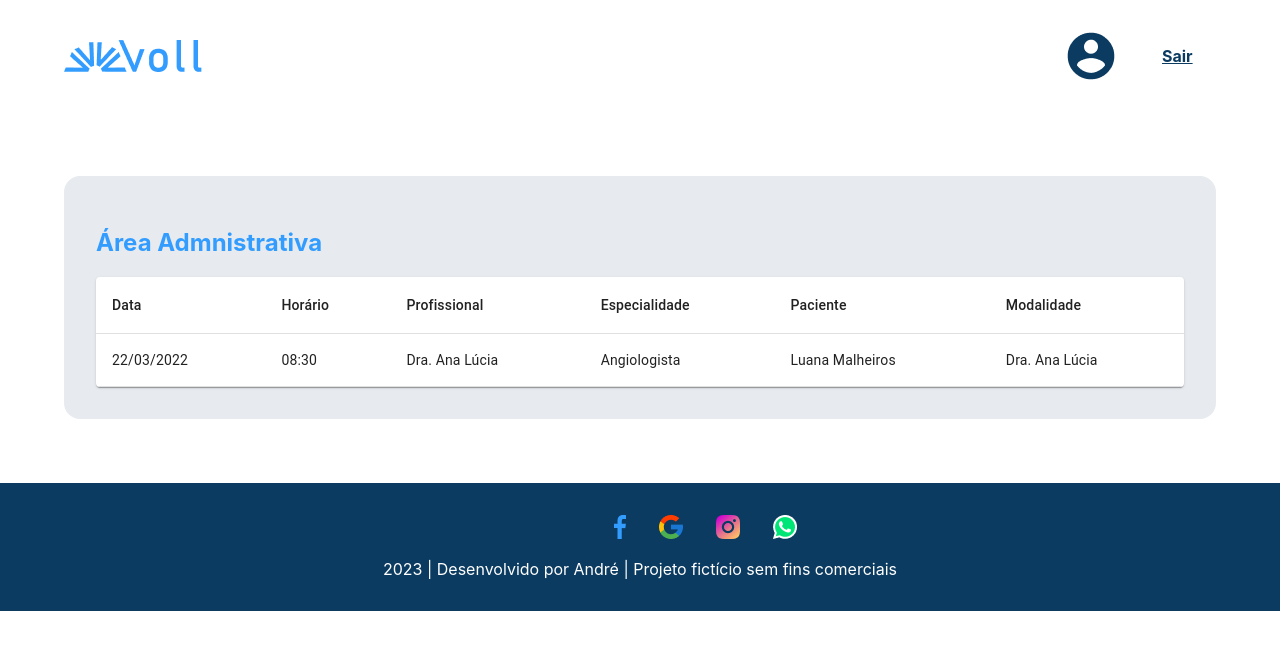
Repository: andrevff/voll-main
Page: /
These files come from the project's save history. The page is drawn as it stood at one moment and after the next save; the edit follows.
The browser window is 1280 px wide. The pictures show the whole page.
The project was rebuilt for these pictures with package versions that can differ from the ones it lists, and the page was loaded fresh each time. Also part of the build but not shown: src/App.css.

Above is the page before, as saved 2023-07-31 21:34:34.

### src/App.tsx
import './App.css';
import Cabecalho from './components/cabecalho';
import Container from './components/container';
import Rodape from './components/rodape';
import Tabela from './components/tabela';
import Titulo from './components/titulo';

function App() {
  return (
    <>
      <Cabecalho />
      <Container>
        <Titulo>Área Admnistrativa</Titulo>
        <Tabela />
      </Container>
      <Rodape />
    </>
  );
}

export default App;

### src/components/cabecalho/index.tsx
/* eslint-disable jsx-a11y/anchor-is-valid */
import styled from 'styled-components'
import logo from './assets/logo.png'
import perfil from './assets/perfil.png'

const CabecalhoEstilizado = styled.header`
    display: flex;
    align-items: center;
    justify-content: space-between;
    padding: 2em 4em;
`

const Container = styled.div`
    display: flex;
    align-items: center;
    justify-content: space-around;
    flex-grow: .1;
`

const LinkEstilizado = styled.a`
    color: var(--azul-escuro);
    font-weight: 700;
`

export default function Cabecalho(){
    return(
        <CabecalhoEstilizado>
            <img src={logo} alt="Logo da empresa Voll" />
            <Container>
                <img src={perfil} alt="Imagem de perfil do usuário" />
                <LinkEstilizado href="#">Sair</LinkEstilizado>
            </Container>
        </CabecalhoEstilizado>
    )

}

### src/components/container/index.tsx
import styled from "styled-components";

const Container = styled.section`
    background-color: var(--cinza-claro);
    margin: 4em;
    border-radius: 16px;
    padding: 2em;
    height: 100%;
`

export default Container

### src/components/rodape/index.tsx
/* eslint-disable jsx-a11y/anchor-has-content */
/* eslint-disable jsx-a11y/anchor-is-valid */
import styled from 'styled-components'
import facebook from './assets/facebook.png'
import google from './assets/google.png'
import instagram from './assets/instagram.png'
import whatsapp from './assets/whatsapp.png'

const RodapeEstilizado = styled.footer`
    height: 100%;
    color: white;
    padding: 1em;
    background-color: var(--azul-escuro);
    text-align: center;
`

const ListaEstilizada = styled.ul`
    display: flex;
    justify-content: space-around;
    width: 10%;
    margin: 1em auto;
`

const ItemEstilizado = styled.li`
    list-style-type: none;
    padding: 0 1em;
`

export default function Rodape(){
    return(
        <RodapeEstilizado>
            <ListaEstilizada>
                <ItemEstilizado>
                    <a href="#">
                        <img src={facebook} alt="Logo do Facebook" />
                    </a>
                </ItemEstilizado>
                <ItemEstilizado>
                    <a href="#">
                        <img src={google} alt="Logo do Google" />
                    </a>
                </ItemEstilizado>
                <ItemEstilizado>
                    <a href="#">
                        <img src={instagram} alt="Logo do Instagram" />
                    </a>
                </ItemEstilizado>
                <ItemEstilizado>
                    <a href="#">
                        <img src={whatsapp} alt="Logo do WhatsApp" />
                    </a>
                </ItemEstilizado>
            </ListaEstilizada>
            <p>2023 | Desenvolvido por André | Projeto fictício sem fins comerciais</p>
        </RodapeEstilizado>
    )
}

### src/components/tabela/index.tsx
import { Paper } from "@mui/material";
import TableContainer from "@mui/material/TableContainer/TableContainer";
import Table from "@mui/material/Table/Table";
import TableHead from "@mui/material/TableHead/TableHead";
import TableRow from "@mui/material/TableRow/TableRow";
import TableCell from "@mui/material/TableCell/TableCell";
import TableBody from "@mui/material/TableBody/TableBody";

export default function Tabela() {
    return(
        <>
            <TableContainer component = {Paper}>
                <Table sx={{minWidth: 700}} aria-label="tabela-customizada">
                    <TableHead>
                        <TableRow>
                            <TableCell>Data</TableCell>
                            <TableCell>Horário</TableCell>
                            <TableCell>Profissional</TableCell>
                            <TableCell>Especialidade</TableCell>
                            <TableCell>Paciente</TableCell>
                            <TableCell>Modalidade</TableCell>
                        </TableRow>
                    </TableHead>
                    <TableBody>
                        <TableRow>
                            <TableCell component="th" scope="row">22/03/2022</TableCell>
                            <TableCell>08:30</TableCell>
                            <TableCell>Dra. Ana Lúcia</TableCell>
                            <TableCell>Angiologista</TableCell>
                            <TableCell>Luana Malheiros</TableCell>
                            <TableCell>Dra. Ana Lúcia</TableCell>
                        </TableRow>
                    </TableBody>
                </Table>
            </TableContainer>
        </>
    )
}

### src/components/titulo/index.tsx
/* eslint-disable jsx-a11y/heading-has-content */
import avaliacao from './assets/avaliacao.png'
import grafico from './assets/grafico.png'
import consulta from './assets/consulta.png'
import React from 'react'
import styled from 'styled-components'

interface Props{
    imagem?: string,
    children?: React.ReactNode
}

interface IImagens{
    avaliacao: string,
    grafico: string,
    consulta: string
}

const SpanEstilizado = styled.span<Props>`
    background: no-repeat;
    background-position: center;
    background-size: cover;
    width: 25px;
    height: 25px;
    background-image: ${props => props.imagem ? `url(${props.imagem})` : 'none'};
`

const TituloEstilizado = styled.h2`
    color: var(--azul-claro);
`

const ContainerEstilizado = styled.div`
    display: flex;
    align-items: center;
`

export default function Titulo({ imagem, children }: Props){

    const listaDeImagens: IImagens = {
        avaliacao: avaliacao,
        grafico: grafico,
        consulta: consulta
    }

    return(
        <ContainerEstilizado>
            {imagem && <SpanEstilizado imagem={listaDeImagens[imagem as keyof IImagens]} />}
            <TituloEstilizado>{children}</TituloEstilizado>
        </ContainerEstilizado>
    )
}

Loaded but not shown: public/index.html (common file); src/index.tsx (common file); src/index.css (common file)

After the next save:
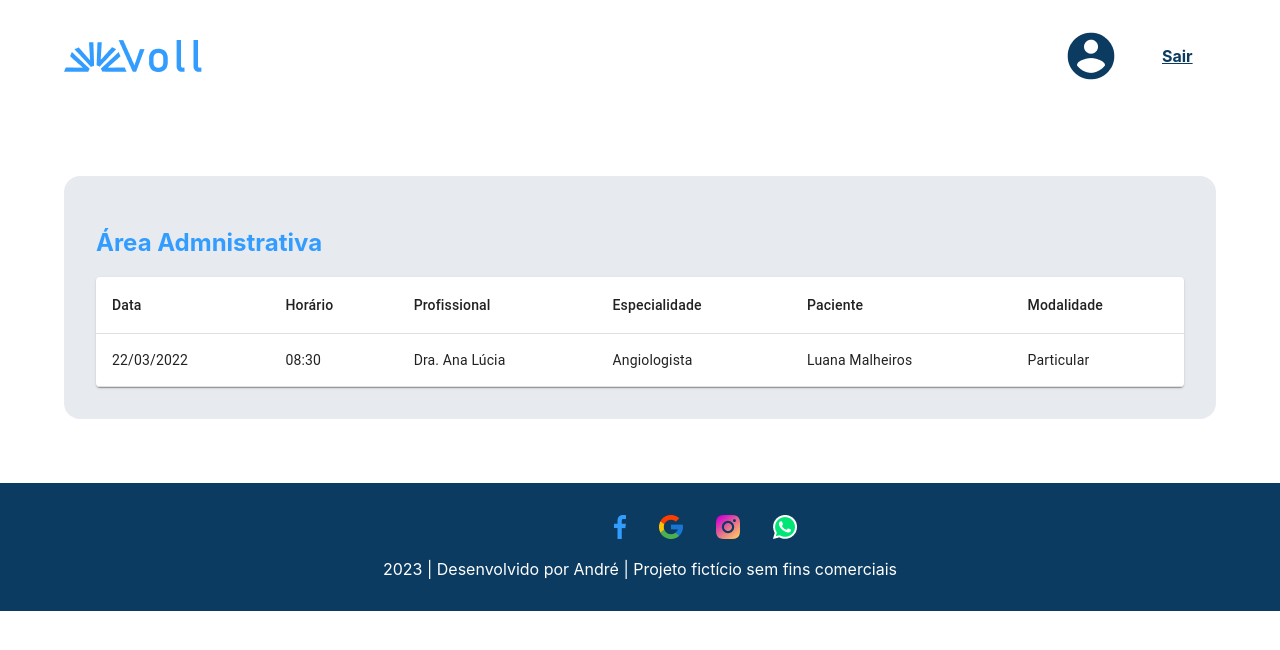
Saved 9 s later.
--- a/src/components/tabela/index.tsx
+++ b/src/components/tabela/index.tsx
@@ -28,7 +28,7 @@ export default function Tabela() {
                             <TableCell>Dra. Ana Lúcia</TableCell>
                             <TableCell>Angiologista</TableCell>
                             <TableCell>Luana Malheiros</TableCell>
-                            <TableCell>Dra. Ana Lúcia</TableCell>
+                            <TableCell>Particular</TableCell>
                         </TableRow>
                     </TableBody>
                 </Table>
